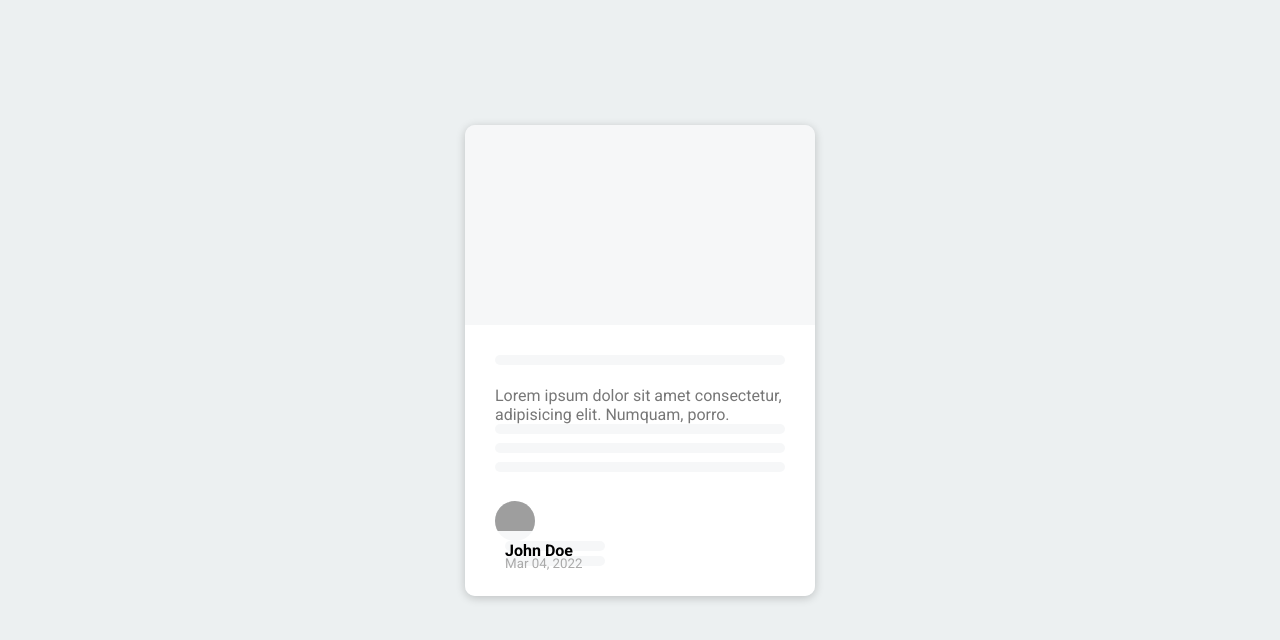
Repository: jt010051/contentData
Page: index.html
The author's editor kept a copy of each file at every save. The page is drawn from the files as they stood at one save, then again after the next save.
The browser window is 1280 px wide. The pictures show the whole page.
Pictures or frames that could not be fetched are drawn as grey boxes.

Above is the page before, as saved 2022-03-04 12:06:44.

### index.html
<!DOCTYPE html>
<html lang="en">

<head>
    <meta charset="UTF-8" />
    <meta name="viewport" content="width=device-width, initial-scale=1.0" />
    <link rel="stylesheet" href="style.css" />
    <title>Content Placeholder</title>
</head>

<body>
<div class="card">

<div class="card-header animated-bg" id="header">&nbsp;

</div>

<div class="card-content">

    <h3 class="card-title animated-bg animated-bg-text" id="title">&nbsp;</h3>
    <p class="card-exerpt" id="exerpt">

        Lorem ipsum dolor sit amet consectetur, adipisicing elit. Numquam, porro.
        <span class="animated-bg animated-bg-text">&nbsp;</span>
        <span class="animated-bg animated-bg-text">&nbsp;</span>
        <span class="animated-bg animated-bg-text">&nbsp;</span>
    </p>
    <div class="author">
        <div class="profile-img animated-bg" id="profile_img">
            <img src="https://randomuser.me/api/portraits/men/45.jpg" alt="">
        </div>
    </div>
    <div class="author-info">
    <strong class="animated-bg animated-bg-text" id="name">John Doe</strong>
    <small class="animated-bg animated-bg-text" id="date">Mar 04, 2022</small>

    </div>
</div>
    </div>
    <script src="script.js"></script>
</body>

</html>

### style.css
@import url('https://fonts.googleapis.com/css2?family=Roboto:wght@400;700&display=swap');

* {
  box-sizing: border-box;
}

body {

    background-color: #ecf0f1;
  font-family: 'Roboto', sans-serif;
  display: flex;
  align-items: center;
  justify-content: center;
  height: 100vh;
  overflow: hidden;
  margin: 0;
}

img{

    max-width: 100%;
}

.card{

    box-shadow:0 2px 10px rgba(0,0,0,0.2) ;
    border-radius: 10px;
    overflow: hidden;
    width: 350px;
}

.card-header{
    height: 200px;
}

.card-header img{

    object-fit: cover;
    height: 100%;
    width: 100%;
}



.card-content{

    background-color: #fff;
    padding: 30px;
}
.card-title{
    height: 20px;
    margin: 0;
}

.card-exerpt{

    color: #777;
    margin: 10px 0 20px;
}
.author{
    display: flex;
}
.profile-img{

    border-radius: 50%;
    overflow: hidden;
    height: 40px;
    width: 40px;
}

.author-info{

    display: flex;
    flex-direction: column;
    justify-content: space-around;
    margin-left: 10px;
    width: 100px;

}
.author-info small{
color: #aaa;
margin-top: 5px;

}

.animated-bg{

    background-image: linear-gradient(
        to right,
         #f6f7f8 0%,
         #edeef1 10%,
         #f6f7f8 20%,
         #f6f7f8 100%
         );

    background-size: 200% 100%;
    animation: bgPos 1s linear infinite;
}
.animated-bg-text{
border-radius: 50px;
display: inline-block;
margin: 0;
height: 10px;
width: 100%;

}

@keyframes  bgPos {
    0%{
        background-position: 50% 0;
    }
    100%{
        background-position: -150% 0;
    }
}

### script.js
const header = document.getElementById('header')
const title = document.getElementById('title')
const exerpt = document.getElementById('exerpt')
const profile_img = document.getElementById('profile_img')
const name = document.getElementById('name')
const date = document.getElementById('date')

const animated_bgs = document.querySelectorAll('.animated-bg')
const animated_bgs_texts = document.querySelectorAll('.animated-bg-text')

function getData(){

    header.innerHTML =`<img src="https://images.unsplash.com/photo-1496181133206-80ce9b88a853?ixlib=rb-1.2.1&ixid=eyJhcHBfaWQiOjEyMDd9&auto=format&fit=crop&w=2102&q=80" alt=""/>`
}

After the next save:
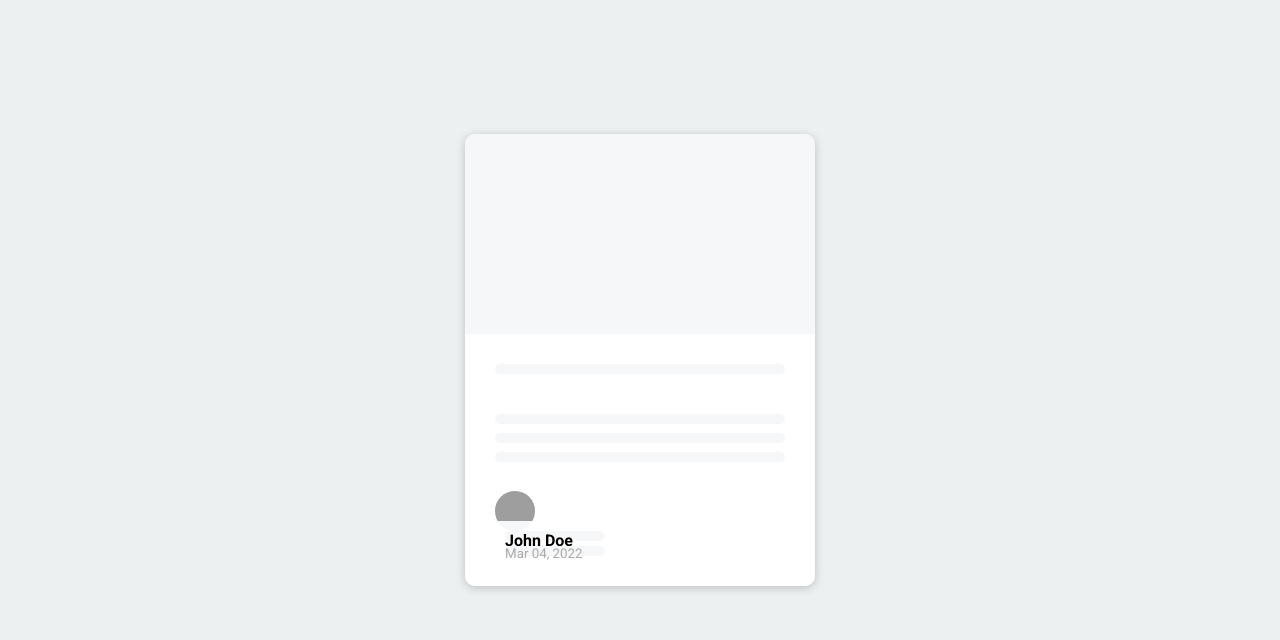
Saved 96 s later.
--- a/index.html
+++ b/index.html
@@ -19,8 +19,7 @@
 
     <h3 class="card-title animated-bg animated-bg-text" id="title">&nbsp;</h3>
     <p class="card-exerpt" id="exerpt">
-
-        Lorem ipsum dolor sit amet consectetur, adipisicing elit. Numquam, porro.
+&nbsp;
         <span class="animated-bg animated-bg-text">&nbsp;</span>
         <span class="animated-bg animated-bg-text">&nbsp;</span>
         <span class="animated-bg animated-bg-text">&nbsp;</span>
